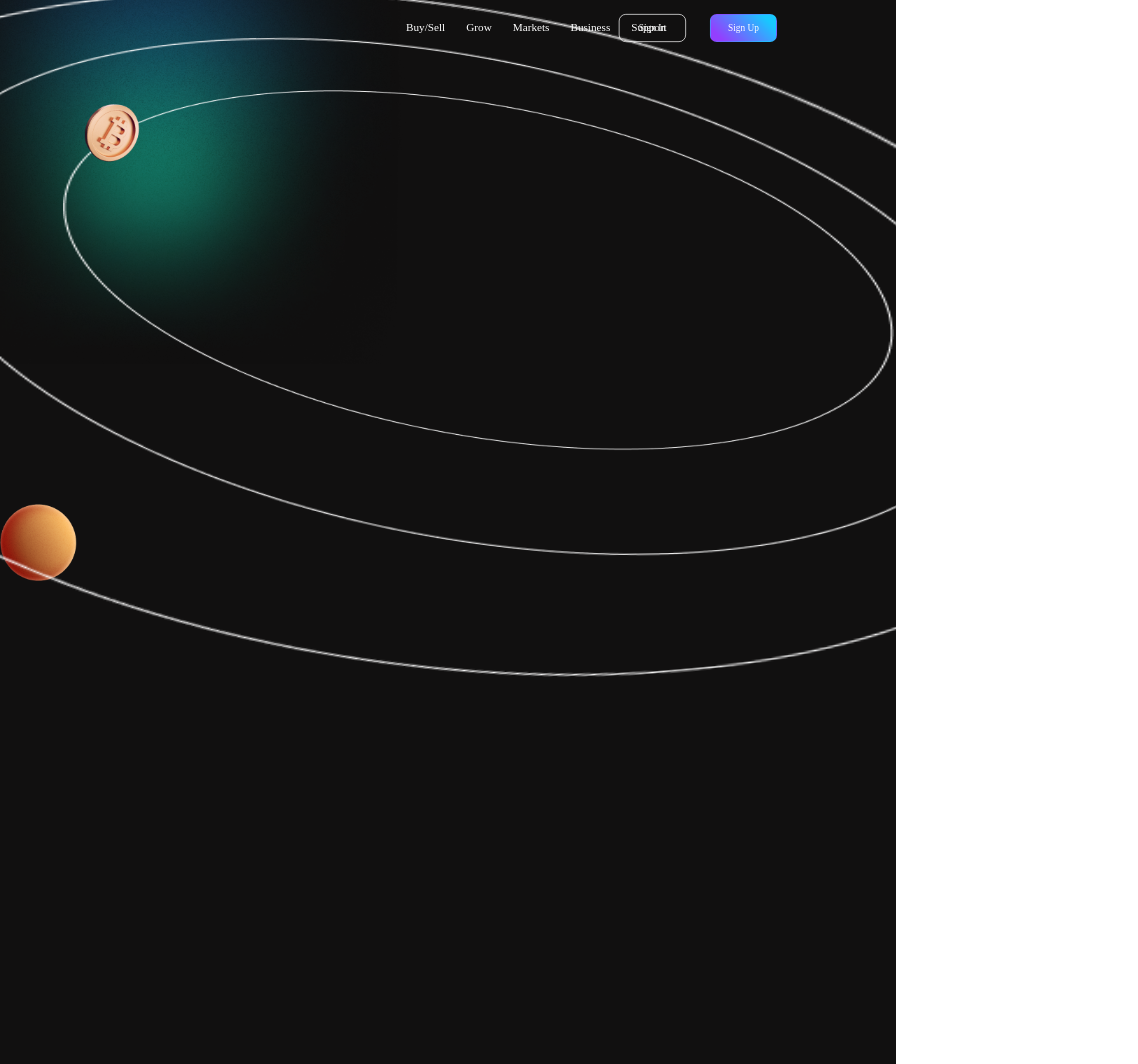
Repository: isaacCodes1/My-Crypto-Website
Page: index.html
These files come from the project's save history. The page is drawn as it stood at one moment and after the next save; the edit follows.
The browser window is 1280 px wide. The page is 1625 px wide, so the pictures cover 1625 px, including what lies to the right of the window. The pictures show the part of the page from y = 0 to 1520 px (the page is 7200 px tall), at 70% of full size.

Above is the page before, as saved 2024-05-16 10:40:01.

After the next save:
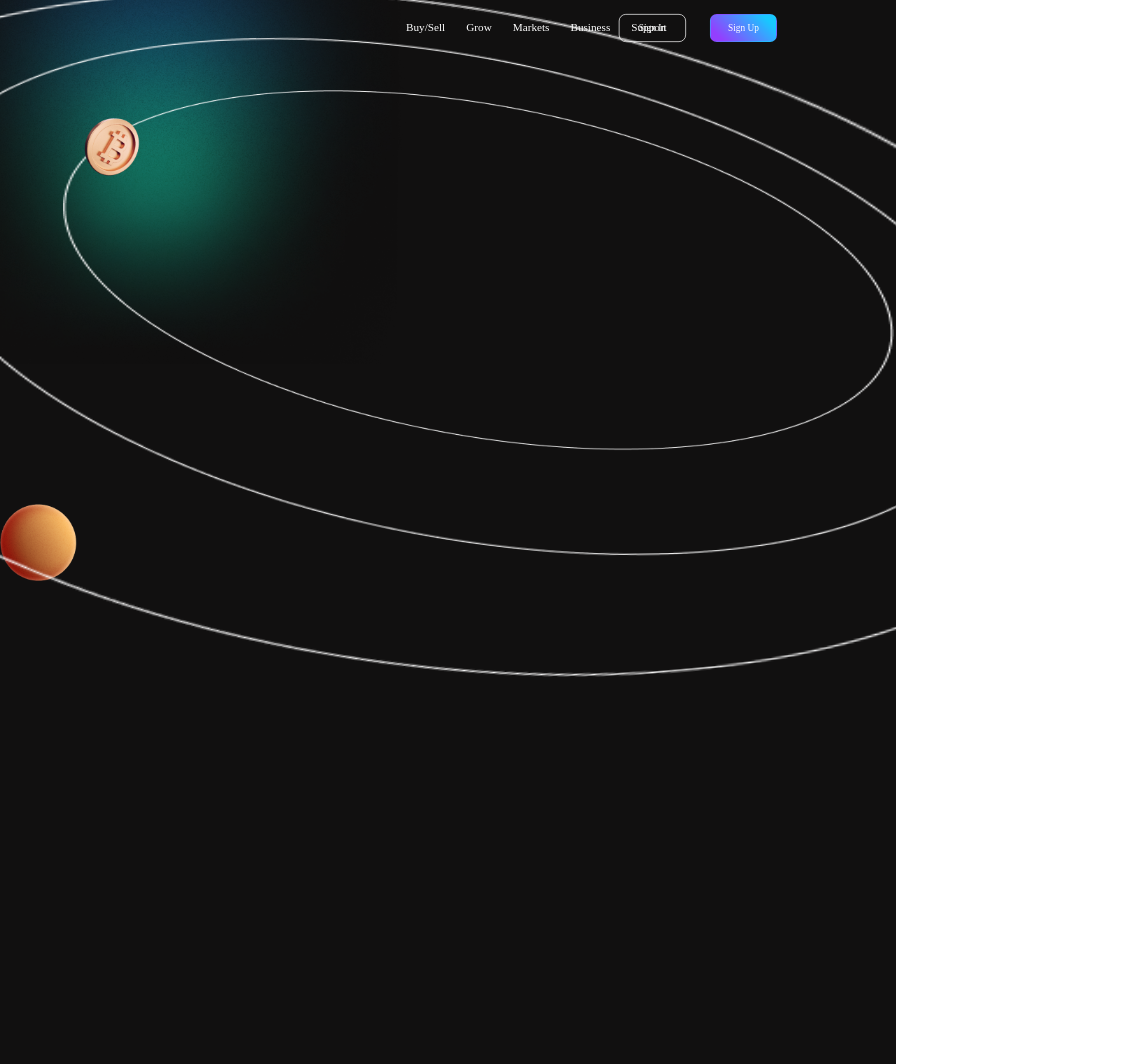
Saved 6 s later.
--- a/style.css
+++ b/style.css
@@ -92,6 +92,6 @@
 }
 #bit1{
     position: absolute;
-    top: 120px;
+    top: 140px;
     left: 90px;
 }
